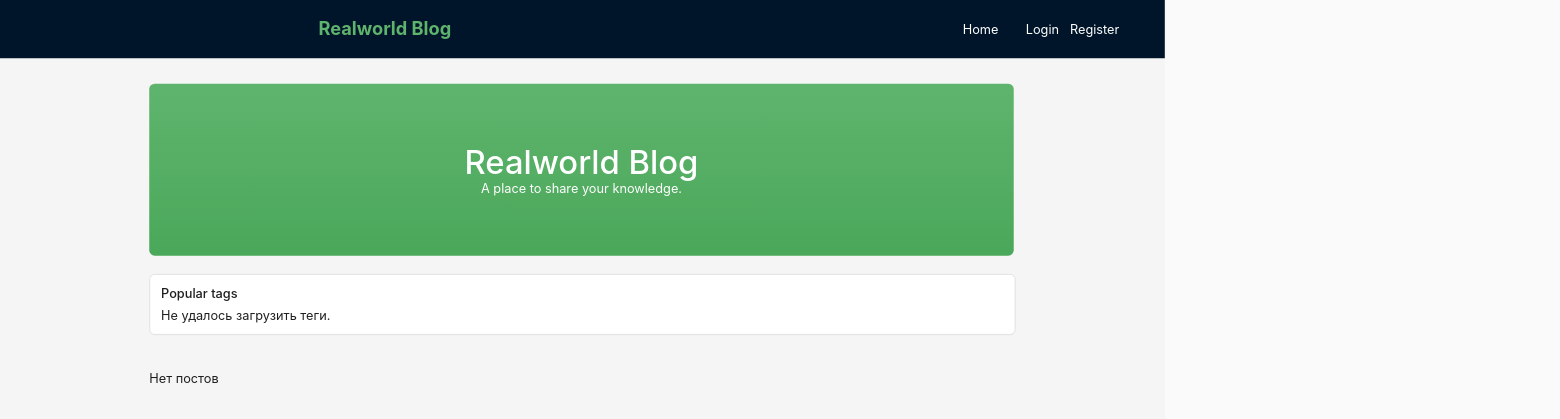
Repository: Rafged/S1mple-blog
Page: / (app in S1mple-blog-main/)
The author's editor kept a copy of each file at every save. The page is drawn from the files as they stood at one save, then again after the next save.
The browser window is 1280 px wide. The page is 1280 px wide, then 1714 px, so the pictures cover 1714 px, including what lies to the right of the window. The pictures show the whole page, at 91% of full size.
The page's requests for data from a server got no answer. The project was rebuilt for these pictures with package versions that can differ from the ones it lists, and the page was loaded fresh each time. No one was signed in, and anything a server would have sent is missing. Also part of the build but not shown: S1mple-blog-main/vite.config.js, S1mple-blog-main/src/pages/Login.jsx, S1mple-blog-main/src/pages/Register.jsx, S1mple-blog-main/src/pages/NewPost.jsx, S1mple-blog-main/src/pages/Settings.jsx, S1mple-blog-main/src/pages/Article.jsx, S1mple-blog-main/src/pages/Profile.css, S1mple-blog-main/src/pages/Profile.jsx.

Above is the page before, as saved 2025-10-06 14:49:38.

### S1mple-blog-main/index.html
<!doctype html>
<html lang="ru">
  <head>
    <meta charset="utf-8" />
    <meta name="viewport" content="width=device-width, initial-scale=1.0" />
    <title>Realworld Vite React</title>
  </head>
  <body>
    <div id="root"></div>
    <script type="module" src="/src/main.jsx"></script>
  </body>
</html>

### S1mple-blog-main/src/main.jsx
import React from 'react'
import { createRoot } from 'react-dom/client'
import { BrowserRouter } from 'react-router-dom'
import App from './App'
import 'antd/dist/reset.css'
import './styles.css'

createRoot(document.getElementById('root')).render(
  <React.StrictMode>
    <BrowserRouter>
      <App/>
    </BrowserRouter>
  </React.StrictMode>
)

### S1mple-blog-main/src/App.jsx
import React, { useEffect, useState } from 'react'
import { Routes, Route, Link, useNavigate } from 'react-router-dom'
import { Layout, Button } from 'antd'
import Home from './pages/Home'
import Login from './pages/Login'
import Register from './pages/Register'
import NewPost from './pages/NewPost'
import Settings from './pages/Settings'
import Article from './pages/Article'
import Profile from './pages/Profile'

const { Header, Content } = Layout

function getUsername(){ return localStorage.getItem('username') || null }

export default function App(){
  const [auth, setAuth] = useState(!!localStorage.getItem('token'))
  const navigate = useNavigate()

  useEffect(()=> {
    function onStorage(){ setAuth(!!localStorage.getItem('token')) }
    window.addEventListener('storage', onStorage)
    return ()=> window.removeEventListener('storage', onStorage)
  },[])

  function doLogout(){
    try{
      localStorage.removeItem('token'); localStorage.removeItem('username'); localStorage.removeItem('user');
    }catch(e){}
    setAuth(false);
    navigate('/');
    window.location.reload();
  }

  return (
    <Layout style={{minHeight:'100vh'}}>
      <Header style={{display:'flex', alignItems:'center', justifyContent:'space-between'}}>
        <div style={{color:'#5fb46d', fontWeight:700, fontSize: '20px', marginLeft: 300}}>Realworld Blog</div>
        <div>
          <Link to="/" style={{marginRight:30, color:'#fff'}}>Home</Link>
          {auth && <Link to="/new" style={{marginRight:25, color:'#fff'}}>New post</Link>}
          {auth && <Link to="/settings" style={{marginRight:20, color:'#fff'}}>Settings</Link>}
          {auth ? (
            <>
              <Link to={ getUsername() ? ('/profile/' + getUsername()) : '/profile' } style={{marginRight:25, color:'#fff'}}>
                Hi, {getUsername() || 'Unknown'}
              </Link>
              <Button onClick={doLogout}>Log out</Button>
            </>
          ) : (
            <>
              <Link to="/login" style={{marginRight:12, color:'#fff'}}>Login</Link>
              <Link to="/register" style={{color:'#fff'}}>Register</Link>
            </>
          )}
        </div>
      </Header>
      <Content style={{padding:24}}>
        <div style={{maxWidth:960, margin:'0 auto'}}>
          <Routes>
            <Route path="/" element={<Home/>}/>
            <Route path="/login" element={<Login onAuth={() => setAuth(true)}/>}/>
            <Route path="/register" element={<Register onAuth={() => setAuth(true)}/>}/>
            <Route path="/new" element={<NewPost/>}/>
            <Route path="/settings" element={<Settings/>}/>
            <Route path="/article/:slug" element={<Article/>}/>
            <Route path="/profile" element={<Profile/>}/>
            <Route path="/profile/:username" element={<Profile/>}/>
          </Routes>
        </div>
      </Content>
    </Layout>
  )
}

### S1mple-blog-main/src/styles.css
:root{ --green: #55b36b }
body{ font-family: Inter, "Open Sans", Arial, sans-serif; margin:0; background:#fafafa; color:#222 }
.container{ max-width:1600px; margin:0 auto; padding:4px }
.brand{ color:var(--green); font-weight:700; font-size:20px; margin-right:12px }
.banner{ background:linear-gradient(180deg,#5fb46d,#4aa85a); color:#fff; padding:66px; border-radius:6px; margin-bottom:20px; width: 950px;}
.meta{ color:#777; margin-top:6px }


/* Cards and Popular Tags box */
.popular-box{
  border:1px solid #e0e0e0;
  border-radius:6px;
  padding:12px;
  background:#fff;
  box-shadow: 0 1px 0 rgba(0,0,0,0.02);
  margin-bottom:20px;
}
.tag-btn{
  padding:6px 10px;
  border-radius:16px;
  border:1px solid #ddd;
  background:#fff;
  cursor:pointer;
  font-size:13px;
}
.article-card{
  border:1px solid #e0e0e0;
  border-radius:6px;
  padding:16px;
  background:#fff;
  margin-bottom:18px;
  margin-left: 1px;
  width: 950px;
  box-shadow: 0 1px 0 rgba(0,0,0,0.02);
}
.article-meta{ color:#7a7a7a; margin-bottom:6px; font-size:14px }
.favorite-badge{
  border:1px solid #5cb85c;
  padding:6px 10px;
  border-radius:8px;
  background:#fff;
  cursor:pointer;
  font-weight:600;
  display:inline-flex;
  align-items:center;
  gap:8px;
}

### S1mple-blog-main/src/pages/Home.jsx
import React, { useEffect, useState } from 'react'
import { getArticles, favoriteArticle, unfavoriteArticle } from '../api'
import { Link } from 'react-router-dom'
import PopularTags from '../components/PopularTags'
import Pagination from '../components/Pagination'

export default function Home(){
  const [articles, setArticles] = useState([])
  const [currentPage, setCurrentPage] = useState(1)
  const [totalPages, setTotalPages] = useState(1)
  const limit = 3

  useEffect(()=> {
    load(currentPage)
  },[currentPage])

  async function load(page = 1){
    try{
      const offset = (page-1)*limit
      const res = await getArticles(`?limit=${limit}&offset=${offset}`)
      setArticles(res.articles || [])
      const count = res.articlesCount || (res.articles ? res.articles.length : 0)
      setTotalPages(Math.max(1, Math.ceil(count / limit)))
    }catch(e){
      console.error(e)
    }
  }

  async function toggleFav(a){
    if(!localStorage.getItem('token')){ alert('Войдите чтобы оценивать'); return; }
    try{
      if(a.favorited) await unfavoriteArticle(a.slug)
      else await favoriteArticle(a.slug)
      await load(currentPage)
    }catch(e){ console.error(e); alert('Ошибка') }
  }

  return (
    <div className="container">
      <div className="banner" style={{textAlign:'center'}}>
        <h1 style={{margin:0, fontSize:36}}>Realworld Blog</h1>
        <p style={{margin:0}}>A place to share your knowledge.</p>
      </div>

      {/* Popular tags at center top */}
      <div style={{display:'flex', justifyContent:'center', marginBottom:20}}>
        <div style={{maxWidth:1200, width:'100%'}}>
          <PopularTags />
        </div>
      </div>

      <div>
        {articles.length === 0 ? <div>Нет постов</div> : articles.map(a => (
          <div key={a.slug} className="article-card">
            <div style={{display:'flex', justifyContent:'space-between', alignItems:'flex-start'}}>
              <div>
                <div className="article-meta"><Link to={`/profile`}>{a.author?.username}</Link> · {new Date(a.createdAt).toLocaleDateString()}</div>
                <Link to={`/article/${a.slug}`} style={{textDecoration:'none'}}>
                  <h2 style={{margin:'8px 0', color:'#222'}}>{a.title}</h2>
                </Link>
                <p style={{color:'#555'}}>{a.description || (a.body && a.body.slice(0,200)+'...')}</p>
                <div style={{marginTop:8}}>
                  {a.tagList && a.tagList.map(t => <span key={t} className="tag-btn">{t}</span>)}
                </div>
              </div>
              <div>
                <button className="favorite-badge" onClick={()=>toggleFav(a)} title="Favorite">
                  ❤️ <span style={{marginLeft:6}}>{a.favoritesCount||0}</span>
                </button>
              </div>
            </div>
          </div>
        ))}
        <Pagination currentPage={currentPage} totalPages={totalPages} onPageChange={(p)=>setCurrentPage(p)} />
      </div>
    </div>
  )
}

### S1mple-blog-main/src/api.js
const API = '/api'

function getToken(){
  return localStorage.getItem('token')
}

function authHeaders(){
  const t = getToken()
  return t ? { 'Authorization': 'Token ' + t } : {}
}

async function request(path, opts = {}){
  const headers = { 'Content-Type': 'application/json', ...(opts.headers||{}), ...authHeaders() }
  const res = await fetch(API + path, {...opts, headers})
  const text = await res.text()
  let body = null
  try { body = text ? JSON.parse(text) : {} } catch(e){ body = {raw: text} }
  if(!res.ok) throw { status: res.status, body }
  return body
}

export async function getArticles(query=''){
  return request('/articles' + (query||''))
}

export async function getArticle(slug){
  return request('/articles/' + slug)
}

export async function favoriteArticle(slug){
  return request('/articles/' + slug + '/favorite', { method: 'POST' })
}
export async function unfavoriteArticle(slug){
  return request('/articles/' + slug + '/favorite', { method: 'DELETE' })
}

export async function getTags(){ return request('/tags') }

export async function login(email, password){ return request('/users/login', { method:'POST', body: JSON.stringify({user:{email, password}}) }) }
export async function register(username,email,password){ return request('/users', { method:'POST', body: JSON.stringify({user:{username,email,password}}) }) }
export async function getCurrentUser(){ return request('/user') }
export async function updateUser(payload){ return request('/user', { method:'PUT', body: JSON.stringify({user: payload}) }) }

export async function createArticle(article){ return request('/articles', { method:'POST', body: JSON.stringify({article}) }) }
export async function getArticlesByAuthor(author){ return request('/articles?author=' + encodeURIComponent(author)) }

### S1mple-blog-main/src/components/PopularTags.jsx
import React, { useEffect, useState } from "react";
import { getTags } from "../api";

const PopularTags = () => {
  const [tags, setTags] = useState([]);
  const [error, setError] = useState(null);

  useEffect(() => {
    const fetchTags = async () => {
      try {
        const res = await getTags();
        if (res && res.tags) setTags(res.tags);
      } catch (e) {
        setError(true);
        console.warn("Failed to load tags", e);
      }
    };
    fetchTags();
  }, []);

  return (
    <div className="popular-box">
      <h4 style={{ margin: "0 0 8px 0" }}>Popular tags</h4>
      {error ? (
        <div>Не удалось загрузить теги.</div>
      ) : (
        <div style={{ display: "flex", gap: 8, flexWrap: "wrap" }}>
          {tags.length === 0 ? <span>Нет тегов</span> : tags.map((t) => (
            <button key={t} className="tag-btn">{t}</button>
          ))}
        </div>
      )}
    </div>
  );
};

export default PopularTags;

### S1mple-blog-main/src/components/Pagination.jsx
import React from "react";

const Pagination = ({ articlesCount, limit, currentPage, onPageChange }) => {
  const pages = Math.ceil(articlesCount / limit);

  return (
    <ul className="pagination">
      {Array.from({ length: pages }, (_, i) => (
        <li
          key={i}
          className={`page-item ${currentPage === i + 1 ? "active" : ""}`}
          onClick={() => onPageChange(i + 1)}
        >
          <span className="page-link">{i + 1}</span>
        </li>
      ))}
    </ul>
  );
};

export default Pagination;

After the next save:
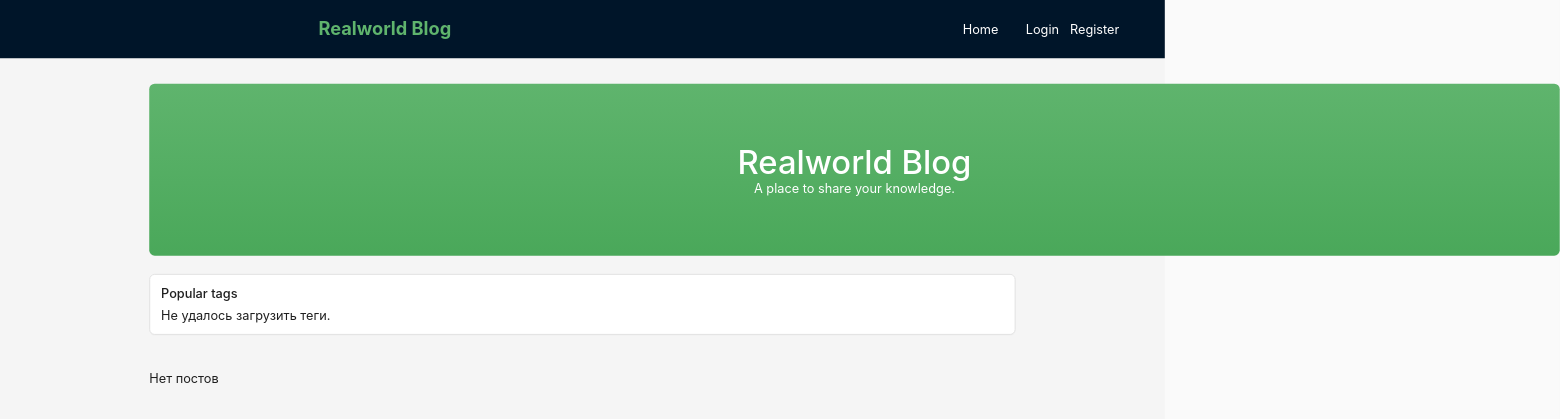
Saved 8 s later.
--- a/S1mple-blog-main/src/styles.css
+++ b/S1mple-blog-main/src/styles.css
@@ -2,7 +2,7 @@
 body{ font-family: Inter, "Open Sans", Arial, sans-serif; margin:0; background:#fafafa; color:#222 }
 .container{ max-width:1600px; margin:0 auto; padding:4px }
 .brand{ color:var(--green); font-weight:700; font-size:20px; margin-right:12px }
-.banner{ background:linear-gradient(180deg,#5fb46d,#4aa85a); color:#fff; padding:66px; border-radius:6px; margin-bottom:20px; width: 950px;}
+.banner{ background:linear-gradient(180deg,#5fb46d,#4aa85a); color:#fff; padding:66px; border-radius:6px; margin-bottom:20px; width: 1550px;}
 .meta{ color:#777; margin-top:6px }
 
 
